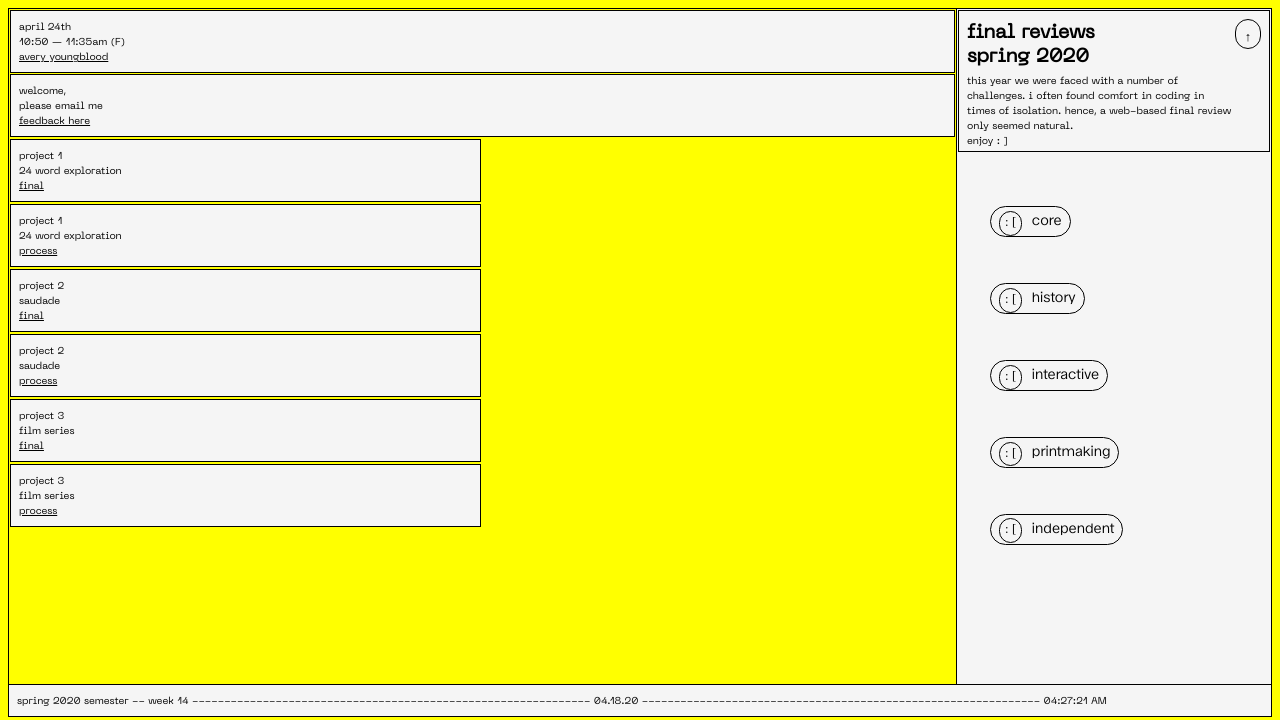
Repository: ayoungblood2/Spring-Semester-2020
Page: index v2/classes/core-prct3-1.html
These files come from the project's save history. The page is drawn as it stood at one moment and after the next save; the edit follows.
The browser window is 1280 px wide. The pictures show the whole page.
Some web libraries are served in a nearby version.

Above is the page before, as saved 2020-04-18 15:47:23.

After the next save:
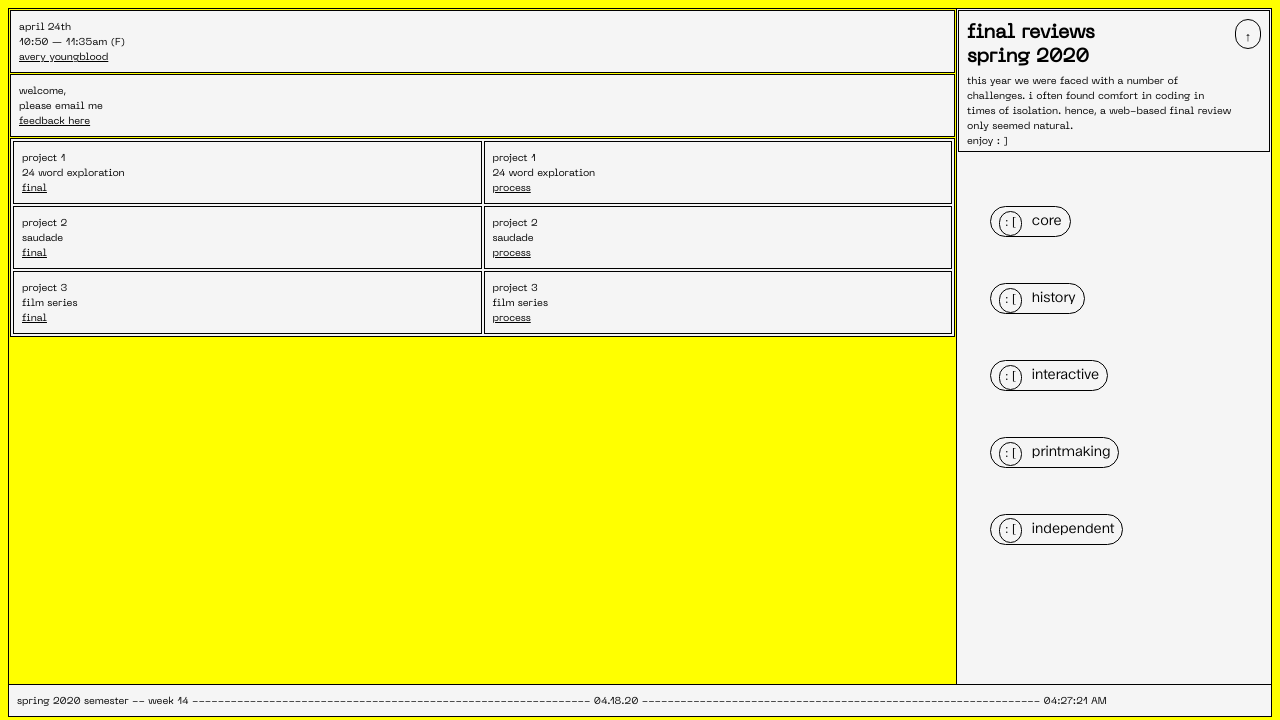
Saved 27 s later.
--- a/index v2/classes/core-prct3-1.html
+++ b/index v2/classes/core-prct3-1.html
@@ -46,47 +46,41 @@
             </section>
         </header>
 
-        <header class="PageHeader PageHeader--home" style="display: inline-flex; width:49.75%;">
-            <section class="PageHeader-classInfo">
+        <header class="grid-container" >
+            <section class="grid-item">
                 project 1
                 <br> 24 word exploration
                 <br><a href="/index v2/classes/core-prct1-1.html" class="PageHeader--link">final</a>
             </section>
-        </header>
-        <header class="PageHeader PageHeader--home" style="display: inline-flex; width:49.75%;">
-            <section class="PageHeader-classInfo">
+
+            <section class="grid-item">
                 project 1
                 <br> 24 word exploration
                 <br><a href="/index v2/classes/core-prct1-2.html" class="PageHeader--link">process</a>
             </section>
-        </header>
-
-        <header class="PageHeader PageHeader--home" style="display: inline-flex; width:49.75%;">
-            <section class="PageHeader-classInfo">
+
+
+            <section class="grid-item">
                 project 2
                 <br> saudade
                 <br><a href="/index v2/classes/core-prct2-1.html" class="PageHeader--link">final</a>
             </section>
-        </header>
-
-        <header class="PageHeader PageHeader--home" style="display: inline-flex; width:49.75%;">
-            <section class="PageHeader-classInfo">
+
+
+            <section class="grid-item">
                 project 2
                 <br> saudade
                 <br><a href="/index v2/classes/core-prct2-2.html" class="PageHeader--link">process</a>
             </section>
-        </header>
-
-        <header class="PageHeader PageHeader--home" style="display: inline-flex; width:49.75%;">
-            <section class="PageHeader-classInfo">
+
+
+            <section class="grid-item">
                 project 3
                 <br> film series
                 <br><a href="/index v2/classes/core.html" class="PageHeader--link">final</a>
             </section>
-        </header>
-
-        <header class="PageHeader PageHeader--home" style="display: inline-flex; width:49.75%;">
-            <section class="PageHeader-classInfo">
+
+            <section class="grid-item">
                 project 3
                 <br> film series
                 <br><a href="/index v2/classes/core-prct3-2.html" class="PageHeader--link">process</a>
